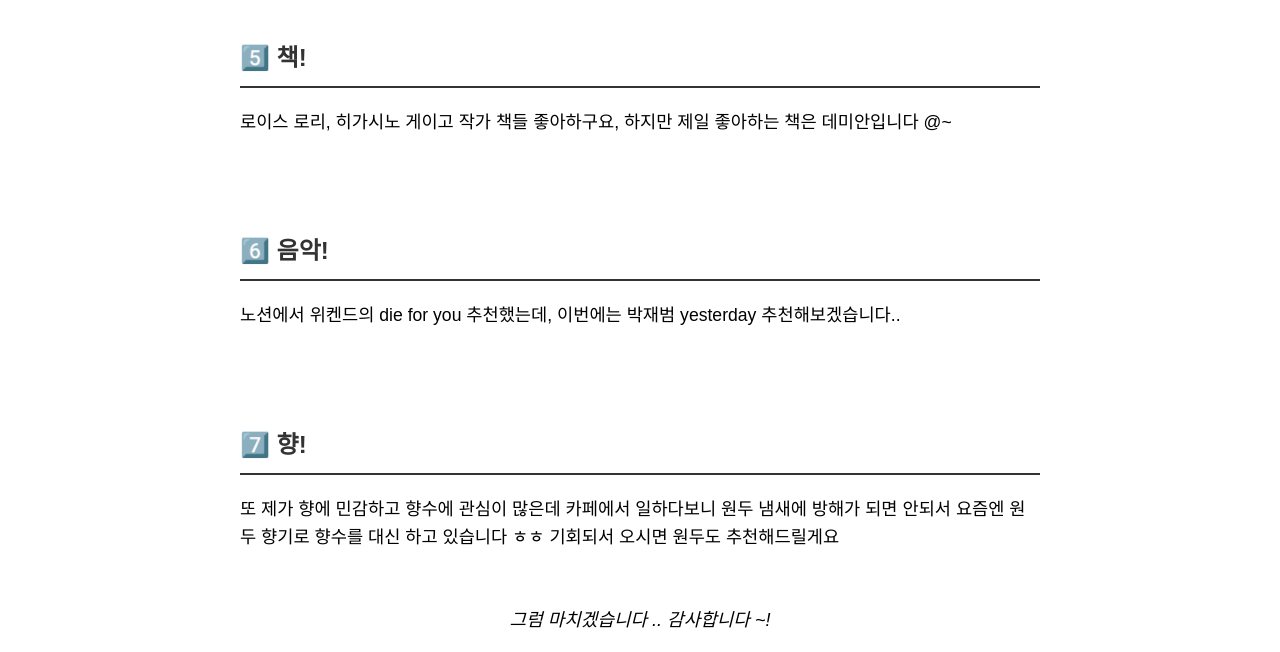
Repository: 211-k/211-k.github.io
Page: index.html
The author's editor kept a copy of each file at every save. The page is drawn from the files as they stood at one save, then again after a run of saves.
The browser window is 1280 px wide. The pictures show the part of the page from y = 2919 to 3793 px (the page is 3571 px tall before and 3793 px after).
A picture or video elsewhere on the page could not be fetched, so the positions and the page height are approximate.

Above is the page before, as saved 2023-03-23 02:04:15.

### index.html
<!DOCTYPE html>
<html lang="en">

<head>
    <meta charset="UTF-8">
    <meta http-equiv="X-UA-Compatible" content="IE=edge">
    <meta name="viewport" content="width=device-width, initial-scale=1.0">
    <title>리원이의 자기소개페이지</title>
    <link rel="stylesheet" href="style.css">
</head>

<body>
    <header>
        <h1 id="title">🦁</h1>
    </header>
    <div>
        <p class="content">안녕하세요 👋
            11기 아기사자 김리원입니다.</p>
        <img src="./me.jpeg" width="400px" alt="">
    </div>
    <div>
        <h2 class="subtitle">1️⃣ 나는!</h2>
        <p class="content">제 전공은 경영학이고 기획에 관심이 많아 기획/디자인 파트에 속해 있습니당</p>
    </div>
    <div>
        <h2 class="subtitle">2️⃣ MBT!</h2>
        <p class="content">mbti는 istp같은 estp이고 낯은 많이 가리지만 친해지면 후회없읍미다 !! ^_^</p>
        <img src="./cat.jpeg" width="400px" alt="">
    </div>
    <div>
        <h2 class="subtitle">3️⃣ 취미!</h2>
        <p class="content">제 취미는 음악듣기,사진찍기,커피내리기,책,영화보기,산책하기 등등 있는데요 ! 음악,책,영화 추천 받는거 조아하니까 관련 주제로 얘기나누면서 친해지면 좋을 거 같아용
            ㅎㅎ
            운동도 좋아해요! 특히 구기종목 !_! (어렸을 때 아빠랑 캐치볼도 많이 했고 특히 농구,볼링,배드민턴 보는 거, 하는 거 다 좋아요) </p>
    </div>
    <div>
        <h2 class="subtitle">4️⃣ 사진!</h2>
        <p class="content">이건 집 근처에 제가 산책하러 자주 가는 호수 사진이에요 !
        </p>
        <img src="./호수.jpeg" width="800px" alt="">
    </div>
    <div>
        <h2 class="subtitle">5️⃣ 책!</h2>
        <p class="content">로이스 로리, 히가시노 게이고 작가 책들 좋아하구요,
            하지만 제일 좋아하는 책은 데미안입니다 @~
        </p>
    </div>
    <div>
        <h2 class="subtitle">6️⃣ 음악!</h2>
        <p class="content">노션에서 위켄드의 die for you 추천했는데, 이번에는 박재범 yesterday 추천해보겠습니다..
        </p>
    </div>
    <div>
        <h2 class="subtitle">7️⃣ 향!</h2>
        <p class="content">또 제가 향에 민감하고 향수에 관심이 많은데 카페에서 일하다보니 원두 냄새에 방해가 되면 안되서 요즘엔 원두 향기로 향수를 대신 하고 있습니다 ㅎㅎ
            기회되서 오시면 원두도 추천해드릴게요
        </p>
    </div>
    <p class="end">그럼 마치겠습니다 .. 감사합니다 ~!</p>
</body>

</html>

### style.css
body {
    font-family: Arial, sans-serif;
    line-height: 1.5;
    margin: 0;
    padding: 0;
}

header {
    background-color: #333;
    color: #fff;
    padding: 20px;
}

h1#title {
    margin: 0;
    font-size: 2.5rem;
    font-weight: bold;
    text-align: center;
}

div {
    max-width: 800px;
    margin: 0 auto;
    padding: 20px;
}

h2 {
    margin-top: 40px;
    font-size: 1.5rem;
    font-weight: bold;
}

p.content {
    font-size: 1.1rem;
    line-height: 1.6;
}

a.link {
    color: #333;
    text-decoration: none;
    border-bottom: 2px solid #333;
}

a.link:hover {
    color: #fff;
    background-color: #333;
}

h2.subtitle {
    color: #333;
    border-bottom: 2px solid #333;
    padding-bottom: 10px;
}

p.end {
    text-align: center;
    font-size: large;
    font-style: oblique;
}

After the next 2 saves:
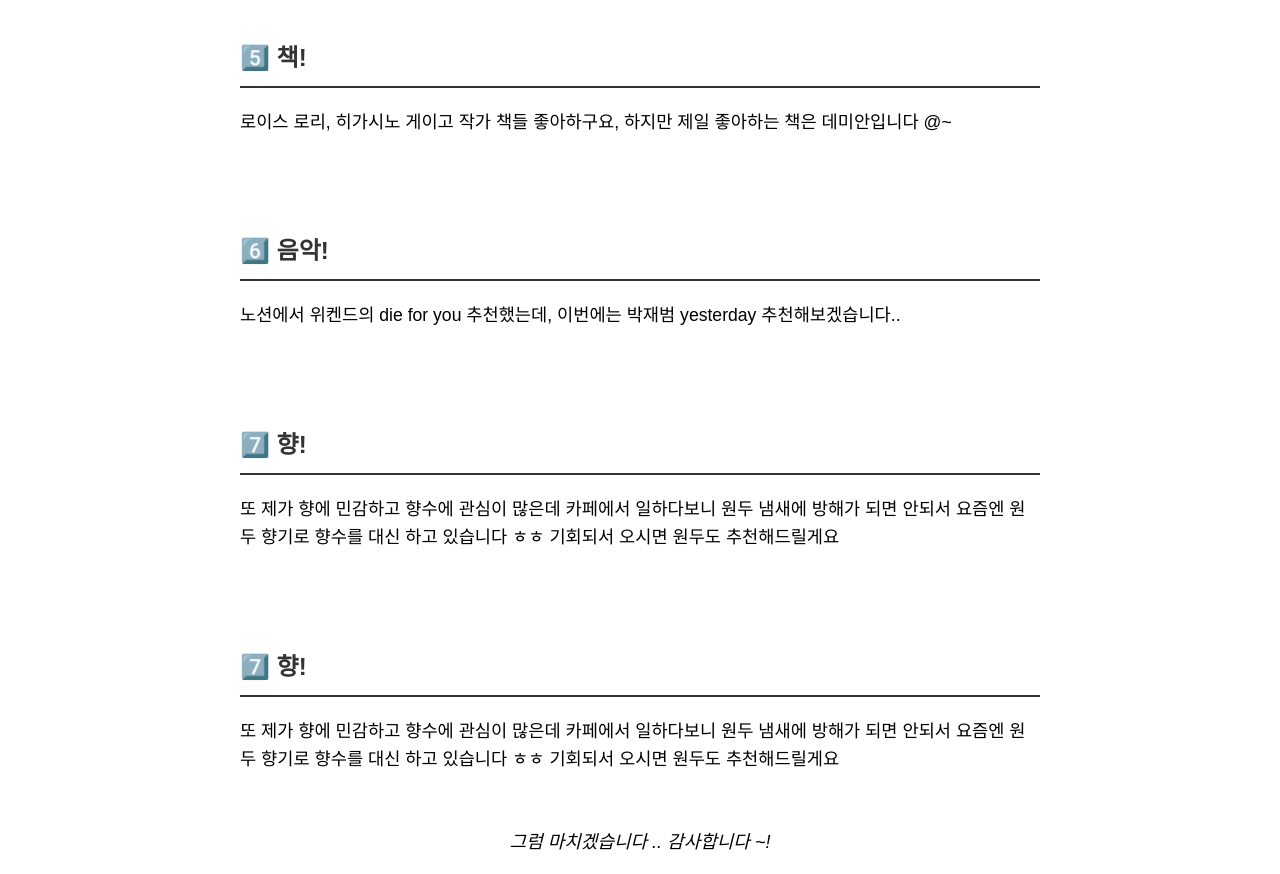
The 2 saves are shown as one change because they came seconds apart.
The last was saved 28 s later.
--- a/index.html
+++ b/index.html
@@ -56,6 +56,12 @@
             기회되서 오시면 원두도 추천해드릴게요
         </p>
     </div>
+    <div>
+        <h2 class="subtitle">7️⃣ 향!</h2>
+        <p class="content">또 제가 향에 민감하고 향수에 관심이 많은데 카페에서 일하다보니 원두 냄새에 방해가 되면 안되서 요즘엔 원두 향기로 향수를 대신 하고 있습니다 ㅎㅎ
+            기회되서 오시면 원두도 추천해드릴게요
+        </p>
+    </div>
     <p class="end">그럼 마치겠습니다 .. 감사합니다 ~!</p>
 </body>
 
